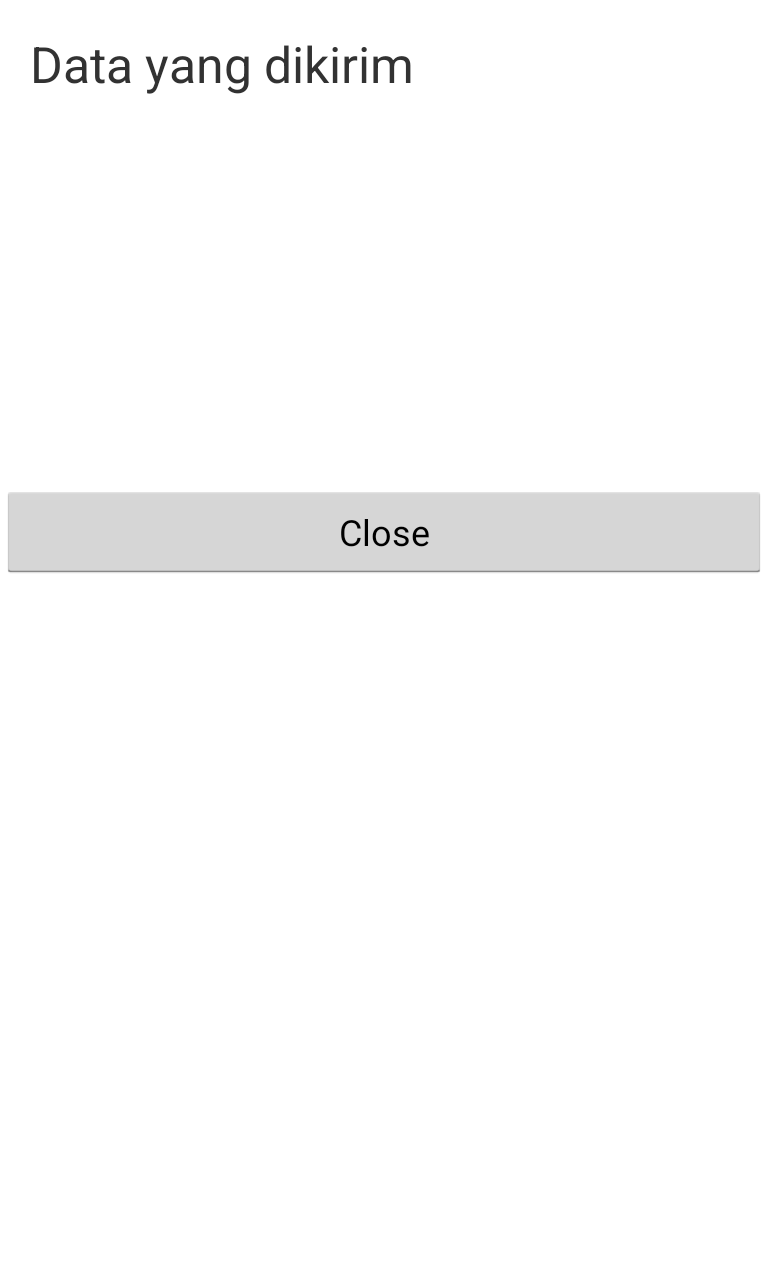
Repository: fauzhanFARTF/mobile_programming_kuliah
Layout: soal4_UAS_malam/res/layout/activity_second.xml
The author's editor kept a copy of each file at every save. The layout is drawn from the files as they stood at one save, then again after the next save.
It is drawn on a 768 x 1280 px phone screen (xhdpi) without system bars, with theme AppTheme; the app's code is not run.

Above is the layout before, as saved 2023-01-27 12:44:22.

### soal4_UAS_malam/res/layout/activity_second.xml
<?xml version="1.0" encoding="utf-8"?>
<LinearLayout xmlns:android="http://schemas.android.com/apk/res/android"
    android:layout_width="match_parent"
    android:layout_height="match_parent"
    android:orientation="vertical" >

<TextView android:layout_width="fill_parent"
    android:layout_height="wrap_content"
    android:text="Data yang dikirim"
    android:textSize="25dip"
    android:layout_gravity="center"
    android:layout_margin="15dip"/>
<TextView android:id="@+id/txtPanjang"
    android:layout_width="fill_parent"
    android:layout_height="wrap_content"
    android:layout_margin="15dip"
    android:textSize="18dip"/>
<TextView android:id="@+id/txtLebar"
    android:layout_width="fill_parent"
    android:layout_height="wrap_content"
    android:layout_margin="15dip"
    android:textSize="18dip"/>
<TextView android:id="@+id/txtTinggi"
    android:layout_width="fill_parent"
    android:layout_height="wrap_content"
    android:layout_margin="15dip"
    android:textSize="18dip"/>

<Button android:id="@+id/btnClose"
    android:layout_width="fill_parent"
    android:layout_height="wrap_content"
    android:layout_marginTop="15dip"
    android:text="Close"/>
</LinearLayout>

Loaded but not shown: soal4_UAS_malam/res/values/styles.xml (common file); soal4_UAS_malam/res/values-v11/styles.xml (common file); soal4_UAS_malam/res/values-v14/styles.xml (common file)

After the next save:
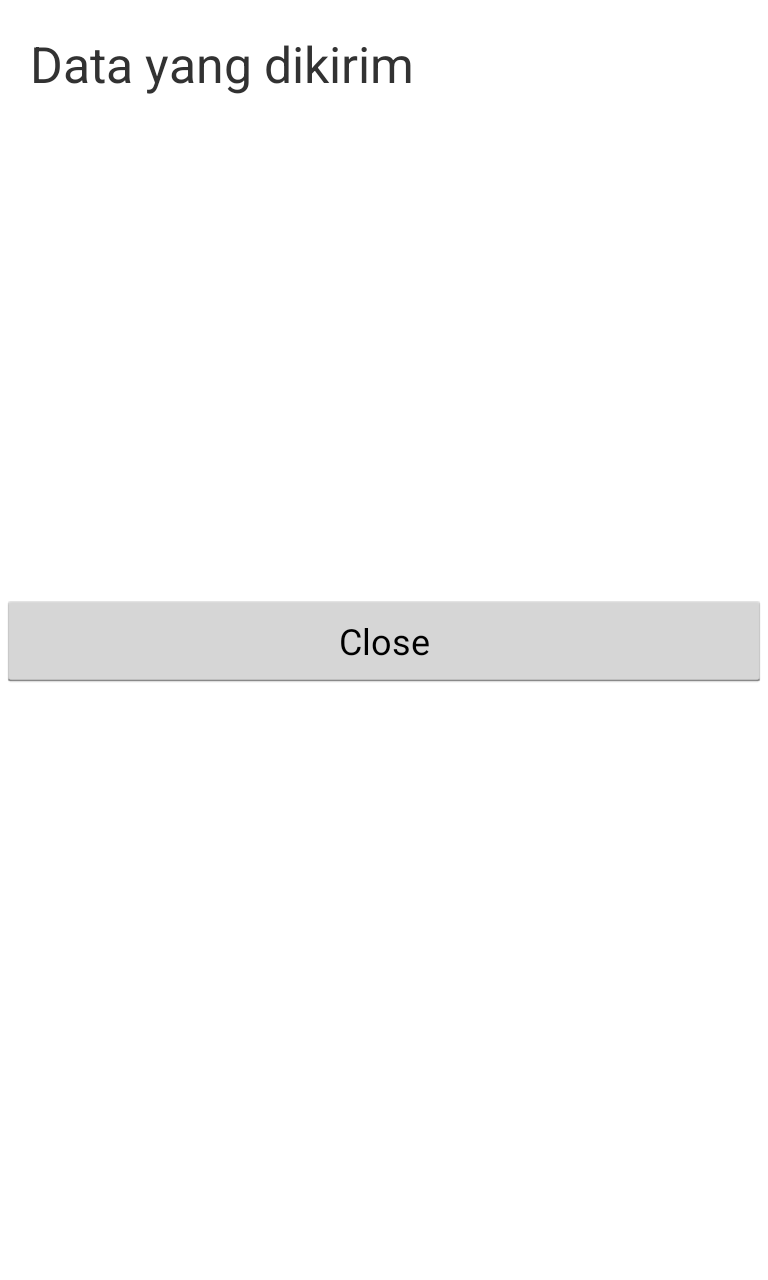
Saved 15 min 44 s later.
--- a/soal4_UAS_malam/res/layout/activity_second.xml
+++ b/soal4_UAS_malam/res/layout/activity_second.xml
@@ -25,6 +25,11 @@
     android:layout_height="wrap_content"
     android:layout_margin="15dip"
     android:textSize="18dip"/>
+<TextView android:id="@+id/txtTinggi"
+    android:layout_width="fill_parent"
+    android:layout_height="wrap_content"
+    android:layout_margin="15dip"
+    android:textSize="18dip"/>
 
 <Button android:id="@+id/btnClose"
     android:layout_width="fill_parent"
